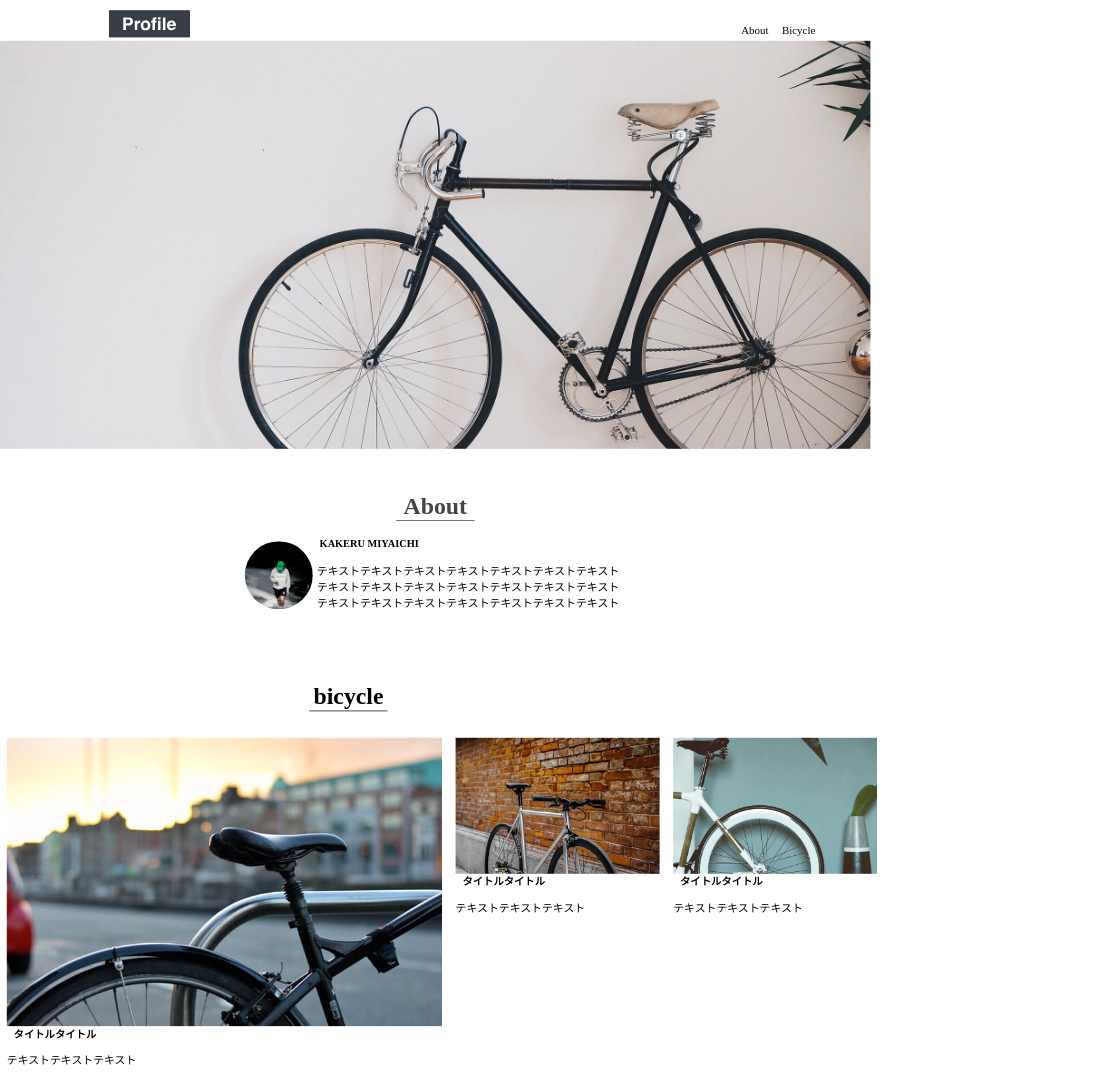
Repository: KubotaAtsushi/samurai_HTML-CSS
Page: 20210406/index.html
The author's editor kept a record of every edit. The page is drawn from the files as they stood at one moment, then again after the next edit.
The browser window is 1280 px wide. The page is 1290 px wide, then 1630 px, so the pictures cover 1630 px, including what lies to the right of the window. The pictures show the whole page, at 68% of full size.

Above is the page before.

After the next edit:
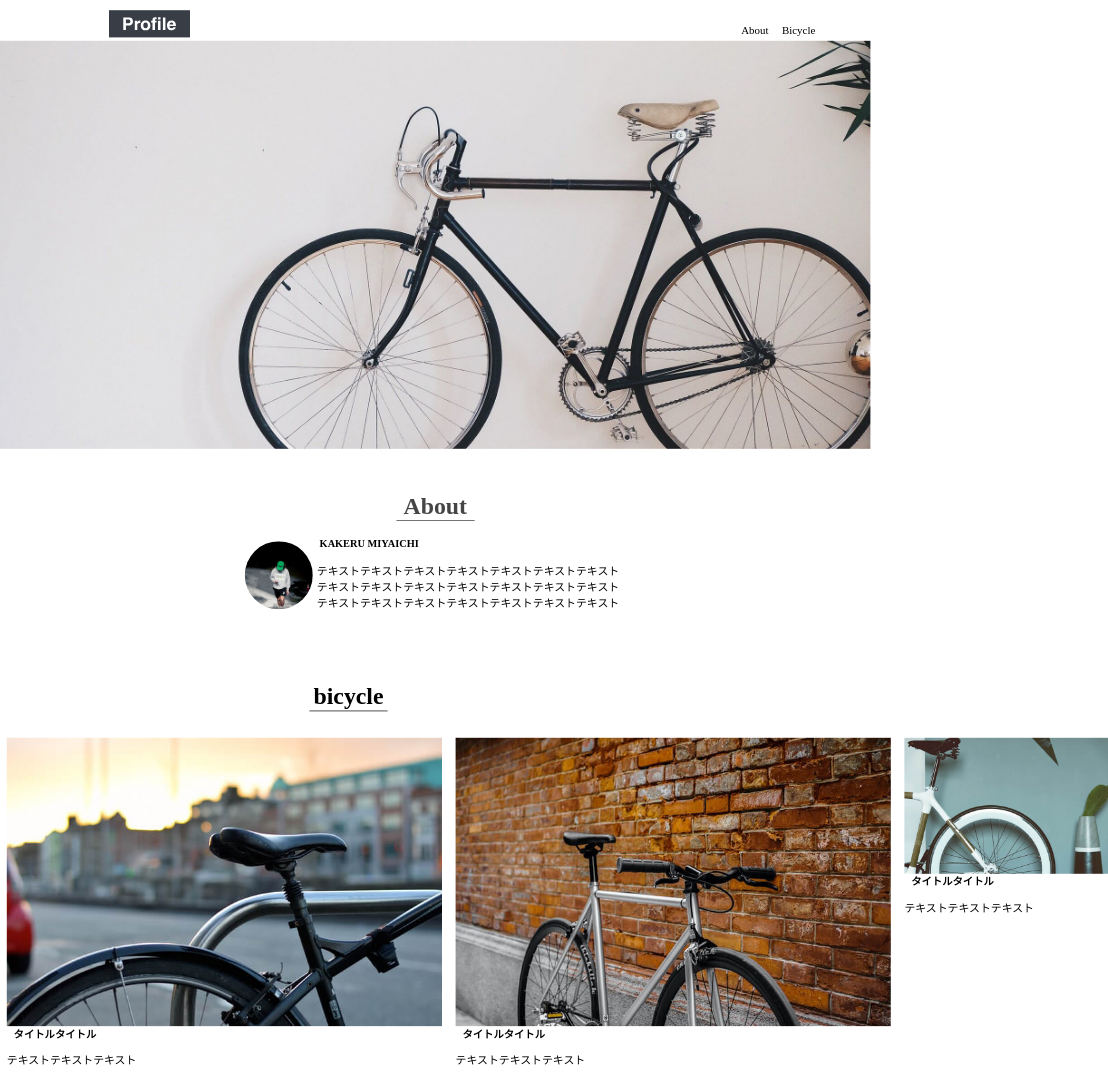
The edit:
--- a/20210406/index.html
+++ b/20210406/index.html
@@ -41,7 +41,7 @@
                             <p>テキストテキストテキスト</p>
                         </li>
                         <li>
-                            <img src="img/bicycle2.jpg" width="300" height="200" alt=bicycle2>
+                            <img src="img/bicycle2.jpg" alt=bicycle2>
                             <h3>タイトルタイトル</h3>
                             <p>テキストテキストテキスト</p>
                         </li>
